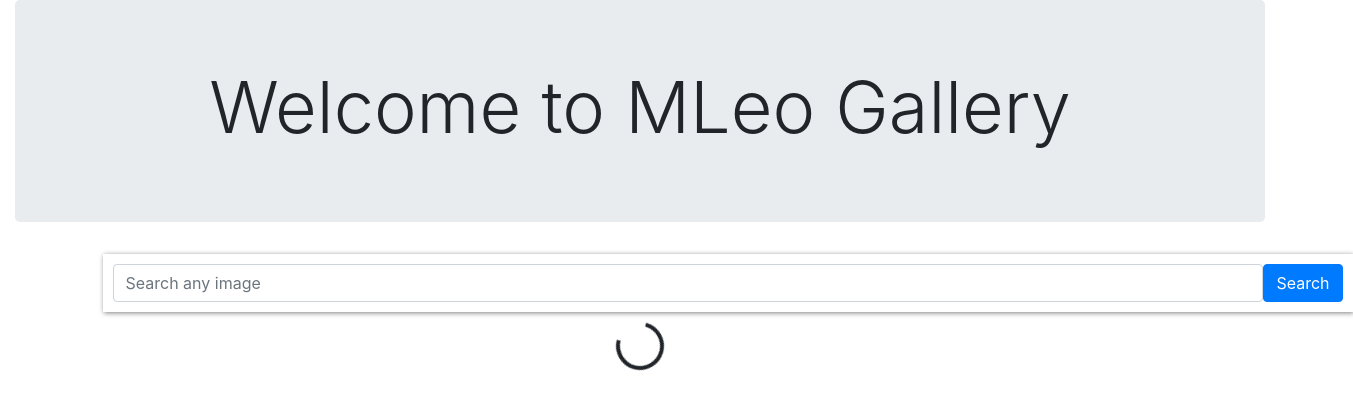
Repository: the-manohar/gallery
Page: /
These files come from the project's save history. The page is drawn as it stood at one moment and after the next save; the edit follows.
The browser window is 1280 px wide. The page is 1353 px wide, then 1280 px, so the pictures cover 1353 px, including what lies to the right of the window. The pictures show the whole page.
The project was rebuilt for these pictures with package versions that can differ from the ones it lists, and the page was loaded fresh each time.

Above is the page before, as saved 2020-06-18 23:23:56.

### src/index.js
import React from "react";
import ReactDOM from "react-dom";
import "./index.css";
import "bootstrap/dist/css/bootstrap.css";
import App from "./App";
import * as serviceWorker from "./serviceWorker";

ReactDOM.render(
  <React.StrictMode>
    <App />
  </React.StrictMode>,
  document.getElementById("root")
);

// If you want your app to work offline and load faster, you can change
// unregister() to register() below. Note this comes with some pitfalls.
// Learn more about service workers: https://bit.ly/CRA-PWA
serviceWorker.unregister();

### src/App.js
import React, { useState } from "react";
import {
  Button,
  InputGroup,
  InputGroupText,
  InputGroupAddon,
  Input,
  Jumbotron,
  Spinner,
} from "reactstrap";

import "./App.css";

function App() {
  const [value, setValue] = useState("");
  const [result, setResult] = useState([]);
  const fetchImages = () => {
    fetch(
      `https://api.unsplash.com/search/photos/?client_id=V38aA4zOjg1Xb1lBpNRUAK8duXvqwhDHHJbssXB_Pps&query=${value}&orientation=squarish&per_page=18`
    )
      .then((res) => res.json())
      .then((data) => {
        setResult(data.results);
      });
  };
  return (
    <div className="App col-sm-12">
      <Jumbotron>
        <h1 className="display-3">Welcome to MLeo Gallery</h1>
      </Jumbotron>
      <div className="mydiv col-sm-12">
        {/* <span>Search</span> */}
        <InputGroup>
          {/* <InputGroupAddon addonType="prepend">
            <InputGroupText>Images</InputGroupText>
          </InputGroupAddon> */}
          <Input
            placeholder="Search any image"
            value={value}
            onChange={(event) => setValue(event.target.value)}
          />
        </InputGroup>
        <Button color="primary" onClick={() => fetchImages()}>
          Search
        </Button>
      </div>

      {result.length > 0 ? (
        <div className="col-sm-12">
          {result.map((item) => {
            return (
              <img
                className=" img-thumbnail"
                key={item.id}
                src={item.urls.small}
                alt={item.urls.small}
              />
            );
          })}
        </div>
      ) : (
        <Spinner style={{ width: "3rem", height: "3rem" }} />
      )}
    </div>
  );
}

export default App;

//

### src/App.css
.App {
  text-align: center;
}
.mydiv {
  display: flex;
  justify-content: space-around;
  margin: 10px 7%;
  box-shadow: 1px 1px 5px grey;
  padding: 10px;
}

.gallery {
  display: flex;
  flex-wrap: wrap;
  justify-content: space-around;
}
.item {
  width: 30%;
  margin: 5px;
}

Loaded but not shown: public/index.html (common file); src/index.css (common file); src/serviceWorker.js (common file)

After the next save:
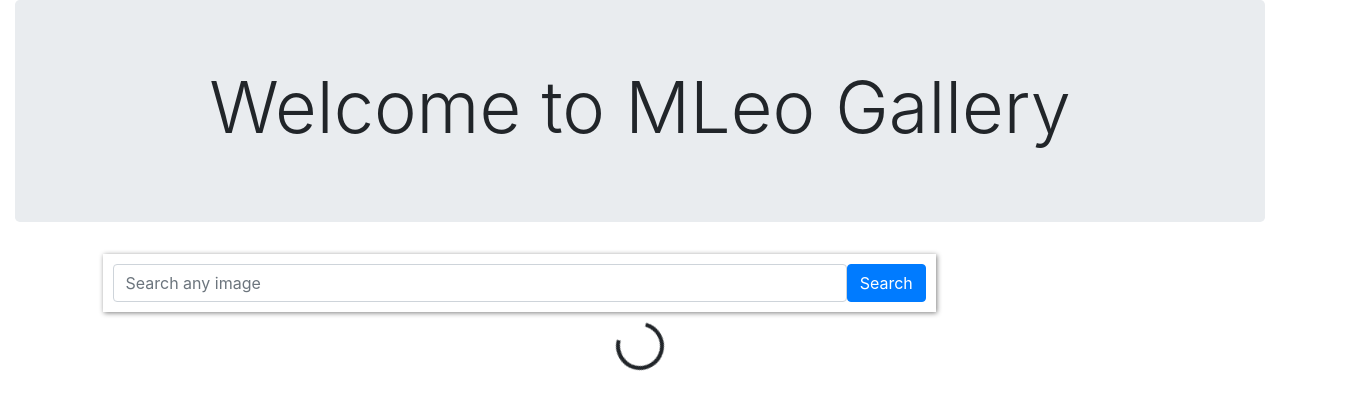
Saved 46 s later.
--- a/src/App.js
+++ b/src/App.js
@@ -28,12 +28,8 @@ function App() {
       <Jumbotron>
         <h1 className="display-3">Welcome to MLeo Gallery</h1>
       </Jumbotron>
-      <div className="mydiv col-sm-12">
-        {/* <span>Search</span> */}
+      <div className="mydiv col-sm-12 col-md-8">
         <InputGroup>
-          {/* <InputGroupAddon addonType="prepend">
-            <InputGroupText>Images</InputGroupText>
-          </InputGroupAddon> */}
           <Input
             placeholder="Search any image"
             value={value}
